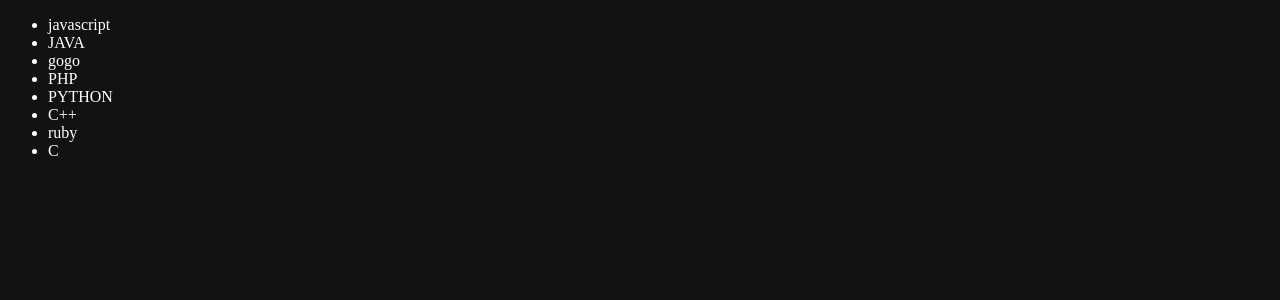
Repository: VishwaGoswami1407/JavaScript-Practice
Page: 06_dom/four.html
An editor plug-in stored every save of this project. The page is shown before and after the next save, followed by the edit.
The browser window is 1280 px wide. The pictures show the whole page.

Above is the page before, as saved 2024-07-06 17:26:33.

### 06_dom/four.html
<!DOCTYPE html>
<html lang="en">
<head>
    <meta charset="UTF-8">
    <meta name="viewport" content="width=device-width, initial-scale=1.0">
    <title>DOM JS PRACTICE</title>
</head>
<body style="background-color: #121212; color: #fff;">
    <ul class="language">
        <li>javascript</li>
    </ul>
</body>
<script>
    function addLanguage (langName) {
        const li = document.createElement('li')
        li.innerHTML = `${langName}`
        document.querySelector('.language').
        appendChild(li)

    }
    addLanguage("JAVA")
    addLanguage("PHP")

    function addOptiLanguage(langName){
        const li = document.createElement('li')
        li.appendChild(document.createTextNode(langName))
        // const add = document.createTextNode(langName)
        // li.appendChild(add)
        document.querySelector('.language').
        appendChild(li)
    }
    addOptiLanguage("PYTHON")
    addOptiLanguage("C++")

    function addText(langName) {
        const li = document.createElement('li');
        li.appendChild(document.createTextNode(langName));
        document.querySelector('.language').
        appendChild(li)
    }
    addText("ruby");
    addText("C");


    //EDIT

   const secondLang = document.querySelector("li:nth-child(2)")
    // secondLang.innerHTML = "golang"

    const li = document.createElement('li')
    li.appendChild(document.createTextNode("gogo"))
    document.querySelector('li:nth-child(2)').appendChild(li)

</script>
</html>

After the next save:
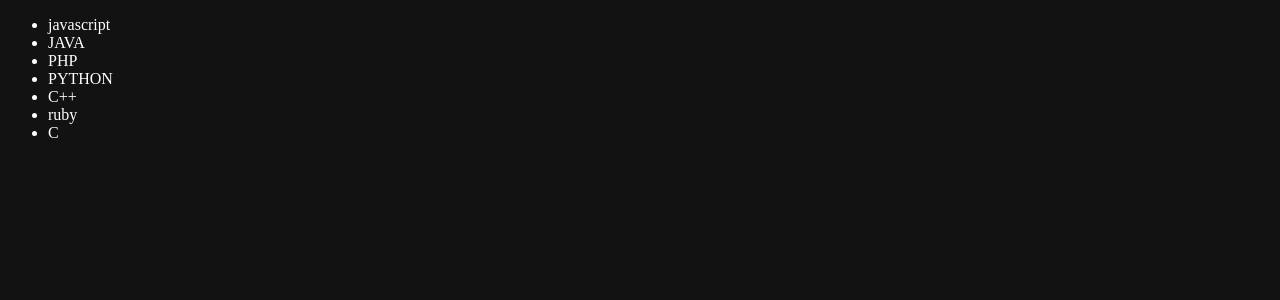
Console error: TypeError: Cannot read properties of null (reading 'appendChild')
Saved 33 s later.
--- a/06_dom/four.html
+++ b/06_dom/four.html
@@ -49,7 +49,7 @@
 
     const li = document.createElement('li')
     li.appendChild(document.createTextNode("gogo"))
-    document.querySelector('li:nth-child(2)').appendChild(li)
+    document.querySelector('li:nth-child(8)').appendChild(li)
 
 </script>
 </html>

After the save that followed:
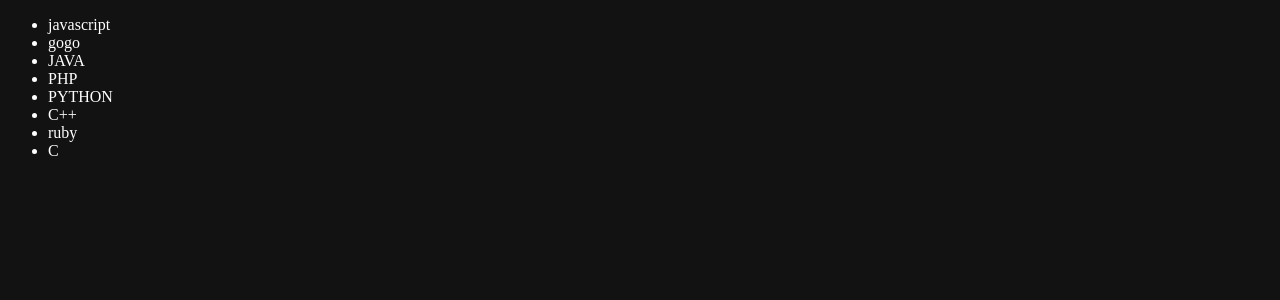
The error is gone.
Saved 4 s later.
--- a/06_dom/four.html
+++ b/06_dom/four.html
@@ -49,7 +49,7 @@
 
     const li = document.createElement('li')
     li.appendChild(document.createTextNode("gogo"))
-    document.querySelector('li:nth-child(8)').appendChild(li)
+    document.querySelector('li:nth-child(1)').appendChild(li)
 
 </script>
 </html>
